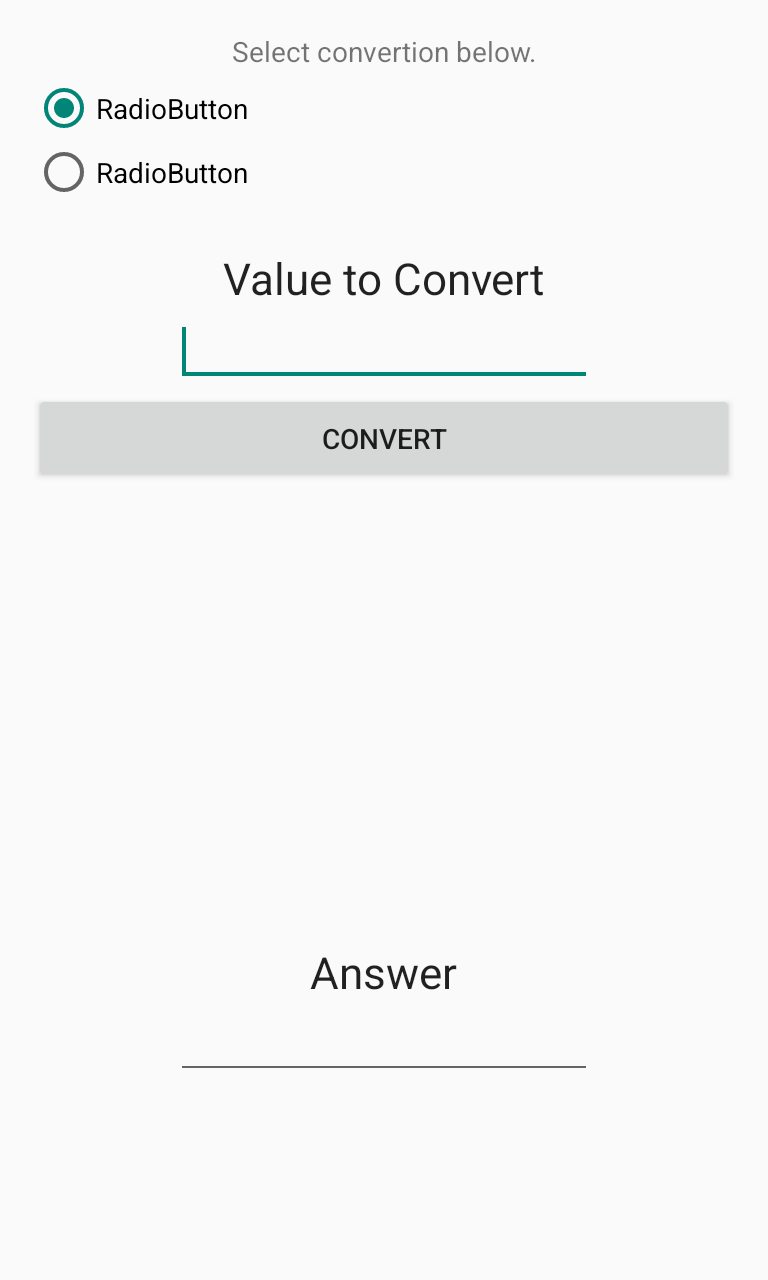
Repository: awayzo/6300Fall14Assignment4
Layout: UnitConvertor/res/layout/activity_area.xml
These files come from the project's save history. The layout is drawn as it stood at one moment and after the next save; the edit follows.
It is drawn on a 768 x 1280 px phone screen (xhdpi) without system bars, with theme AppTheme; the app's code is not run.

Above is the layout before, as saved 2014-09-27 07:34:21.

### UnitConvertor/res/layout/activity_area.xml
<RelativeLayout xmlns:tools="http://schemas.android.com/tools"
    xmlns:android="http://schemas.android.com/apk/res/android"
    android:layout_width="match_parent"
    android:layout_height="match_parent"
    android:paddingBottom="@dimen/activity_vertical_margin"
    android:paddingLeft="@dimen/activity_horizontal_margin"
    android:paddingRight="@dimen/activity_horizontal_margin"
    android:paddingTop="@dimen/activity_vertical_margin"
    tools:context="edu.gatech.seclass.unitconvertor.AreaActivity" >

    <TextView
        android:id="@+id/lblTitle_Currency"
        android:layout_width="wrap_content"
        android:layout_height="wrap_content"
        android:layout_alignParentTop="true"
        android:layout_centerHorizontal="true"
        android:text="Select convertion below." />

    <EditText
        android:id="@+id/txtValue"
        android:layout_width="wrap_content"
        android:layout_height="wrap_content"
        android:layout_below="@+id/lblValue"
        android:layout_centerHorizontal="true"
        android:ems="10"
        android:inputType="numberDecimal" >

        <requestFocus />
    </EditText>

    <EditText
        android:id="@+id/txtAnswer"
        android:layout_width="wrap_content"
        android:layout_height="wrap_content"
        android:layout_alignLeft="@+id/txtValue"
        android:layout_alignParentBottom="true"
        android:layout_marginBottom="82dp"
        android:ems="10"
        android:inputType="numberDecimal" />

    <Button
        android:id="@+id/btnConvert"
        android:layout_width="match_parent"
        android:layout_height="wrap_content"
        android:layout_below="@+id/txtValue"
        android:layout_centerHorizontal="true"
        android:text="Convert" />

    <TextView
        android:id="@+id/lblAnswer"
        android:layout_width="wrap_content"
        android:layout_height="wrap_content"
        android:layout_above="@+id/txtAnswer"
        android:layout_centerHorizontal="true"
        android:text="Answer"
        android:textAppearance="?android:attr/textAppearanceLarge" />

    <RadioGroup
        android:id="@+id/radioGroup1"
        android:layout_width="wrap_content"
        android:layout_height="wrap_content"
        android:layout_alignBottom="@+id/radioButton1"
        android:layout_alignParentLeft="true" >
    </RadioGroup>

    <RadioButton
        android:id="@+id/radio0"
        android:layout_width="match_parent"
        android:layout_height="wrap_content"
        android:layout_below="@+id/radioGroup1"
        android:layout_centerHorizontal="true"
        android:layout_marginTop="22dp"
        android:checked="true"
        android:text="RadioButton" />

    <RadioButton
        android:id="@+id/radio2"
        android:layout_width="match_parent"
        android:layout_height="wrap_content"
        android:layout_below="@+id/radio0"
        android:layout_centerHorizontal="true"
        android:text="RadioButton" />

    <TextView
        android:id="@+id/lblValue"
        android:layout_width="wrap_content"
        android:layout_height="wrap_content"
        android:layout_below="@+id/radio2"
        android:layout_centerHorizontal="true"
        android:layout_marginTop="22dp"
        android:text="Value to Convert"
        android:textAppearance="?android:attr/textAppearanceLarge" />

</RelativeLayout>

Loaded but not shown: UnitConvertor/res/values/styles.xml (common file); UnitConvertor/res/values-v11/styles.xml (common file); UnitConvertor/res/values-v14/styles.xml (common file); UnitConvertor/res/values/dimens.xml (common file); UnitConvertor/res/values-w820dp/dimens.xml (common file)

After the next save:
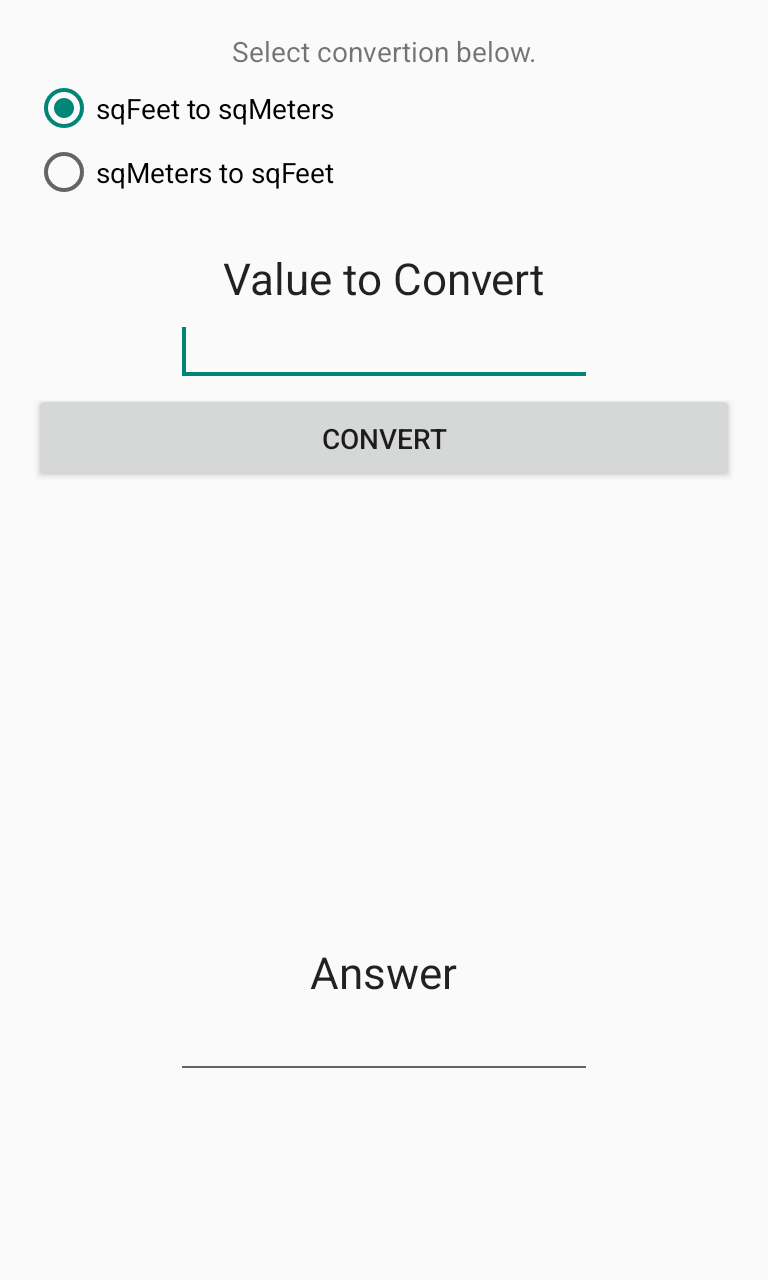
Saved 48 s later.
--- a/UnitConvertor/res/layout/activity_area.xml
+++ b/UnitConvertor/res/layout/activity_area.xml
@@ -71,7 +71,7 @@
         android:layout_centerHorizontal="true"
         android:layout_marginTop="22dp"
         android:checked="true"
-        android:text="RadioButton" />
+        android:text="sqFeet to sqMeters" />
 
     <RadioButton
         android:id="@+id/radio2"
@@ -79,7 +79,7 @@
         android:layout_height="wrap_content"
         android:layout_below="@+id/radio0"
         android:layout_centerHorizontal="true"
-        android:text="RadioButton" />
+        android:text="sqMeters to sqFeet" />
 
     <TextView
         android:id="@+id/lblValue"
